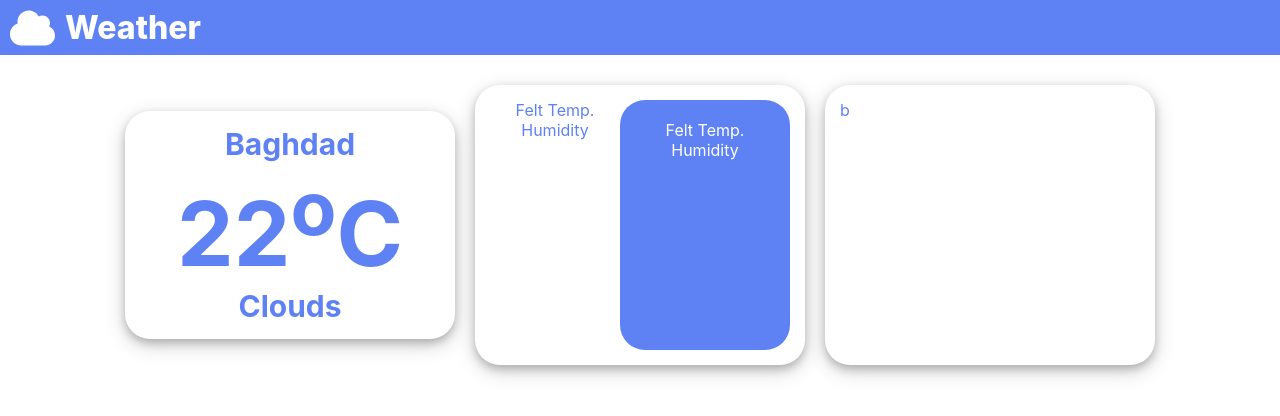
Repository: ahmedazawi/weather-app
Page: /
An editor plug-in stored every save of this project. The page is shown before and after the next save, followed by the edit.
The browser window is 1280 px wide. The pictures show the whole page.
The project was rebuilt for these pictures with package versions that can differ from the ones it lists, and the page was loaded fresh each time.

Above is the page before, as saved 2022-11-29 21:50:23.

### src/App.js
import "./App.css";
import Header from "./layout/Header";
import Details from "./components/Details";
function App() {
  return (
    <div className="App">
      <Header />
      <Details />
    </div>
  );
}

export default App;

### src/App.css
body {
  --primaryColor: #5e82f4;
  --borderRadius: 25px;
}

.nav {
  display: flex;
  align-items: center;
  height: 55px;
  background-color: var(--primaryColor);
}

### src/layout/Header.js
import React from "react";
import { FontAwesomeIcon } from "@fortawesome/react-fontawesome";
import { faCloud } from "@fortawesome/free-solid-svg-icons";
const Header = () => {
  return (
    <div className="nav">
      <div>
        <FontAwesomeIcon
          className="f-icon"
          icon={faCloud}
          color="White"
          style={{ marginLeft: "10px", fontSize: "40px" }}
        />
      </div>

      <h1 style={{ color: "white", marginLeft: "10px", fontWeight: "800" }}>
        Weather
      </h1>
    </div>
  );
};

export default Header;

### src/components/Details.js
import React from "react";
import "../assets/css/details.css";
const Details = () => {
  return (
    <div className="main">
      <div className="big-cards">
        <div>
          <div>Baghdad</div>
          <div
            style={{
              fontSize: "90px",
            }}
          >
            22<sup>o</sup>C
          </div>
          <div>Clouds</div>
        </div>
        <div>
          <div className="line-a">
            <span>Felt Temp.</span>
            <span>Humidity</span>
          </div>
          <div className="line-b">
            <span>Felt Temp.</span>
            <span>Humidity</span>
          </div>
        </div>
        <div>b</div>
      </div>
    </div>
  );
};

export default Details;

### src/assets/css/details.css
.main {
  width: 100%;
  display: flex;
  flex-direction: column;
}

.big-cards {
  width: 100%;
  min-height: fit-content;
  display: flex;
  flex-direction: row;
  flex-wrap: wrap;
  gap: 20px;
  align-items: center;
  justify-content: center;
  margin-top: 30px;
  color: var(--primaryColor);
}
.big-cards > div {
  width: 300px;
  height: 250px;
  background-color: white;
  padding: 15px;
  border-radius: var(--borderRadius);
  box-shadow: 0 4px 8px 0 rgba(0, 0, 0, 0.2), 0 6px 20px 0 rgba(0, 0, 0, 0.19);
}
.big-cards > div:first-child {
  display: flex;
  flex-direction: column;
  align-items: center;
  height: 100%;
}
.big-cards > div:first-child > div {
  font-size: 30px;
  font-weight: bold;
}
.big-cards > div:nth-child(2) {
  display: flex;
  flex-direction: row;
  justify-content: space-between;
}
.big-cards > div:nth-child(2) > div {
  display: flex;
  flex-direction: column;
  align-items: center;
}
.line-a {
  width: 50%;
}
.line-b {
  width: 50%;
  color: white;
  background-color: var(--primaryColor);
  border-radius: var(--borderRadius);
  padding: 20px;
}

Loaded but not shown: public/index.html (common file); src/index.js (common file); src/index.css (common file)

After the next save:
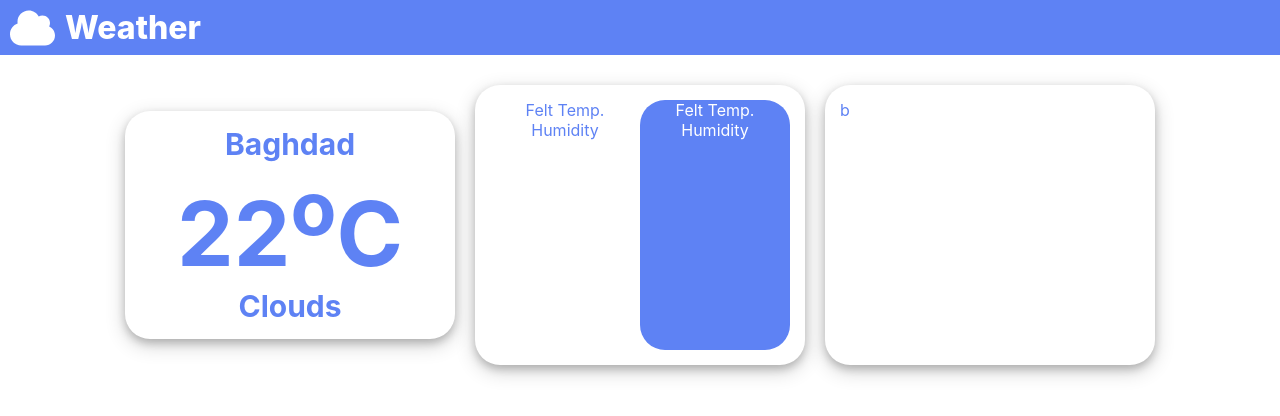
Saved 8 s later.
--- a/src/assets/css/details.css
+++ b/src/assets/css/details.css
@@ -52,5 +52,5 @@
   color: white;
   background-color: var(--primaryColor);
   border-radius: var(--borderRadius);
-  padding: 20px;
+  /* padding: 20px; */
 }

After the save that followed:
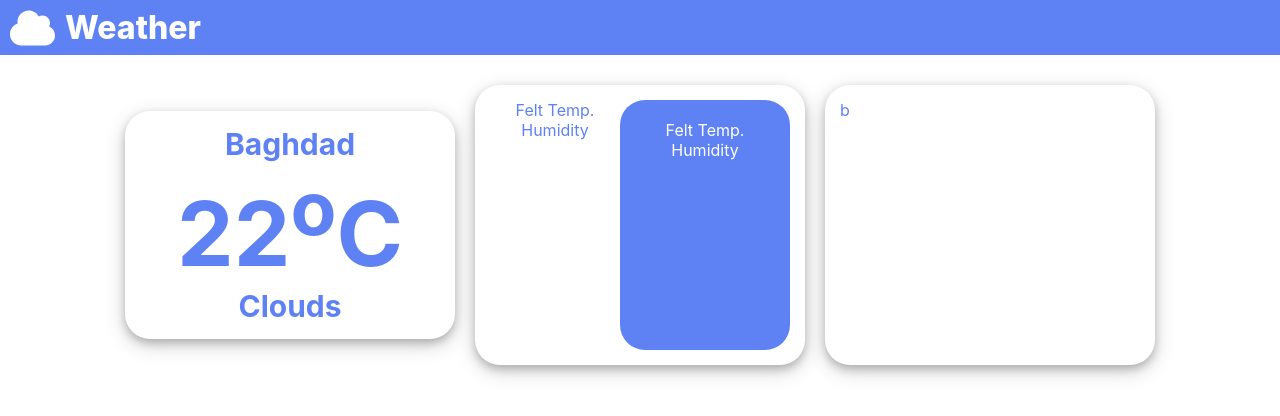
Saved 4 s later.
--- a/src/assets/css/details.css
+++ b/src/assets/css/details.css
@@ -52,5 +52,5 @@
   color: white;
   background-color: var(--primaryColor);
   border-radius: var(--borderRadius);
-  /* padding: 20px; */
+  padding: 20px;
 }
